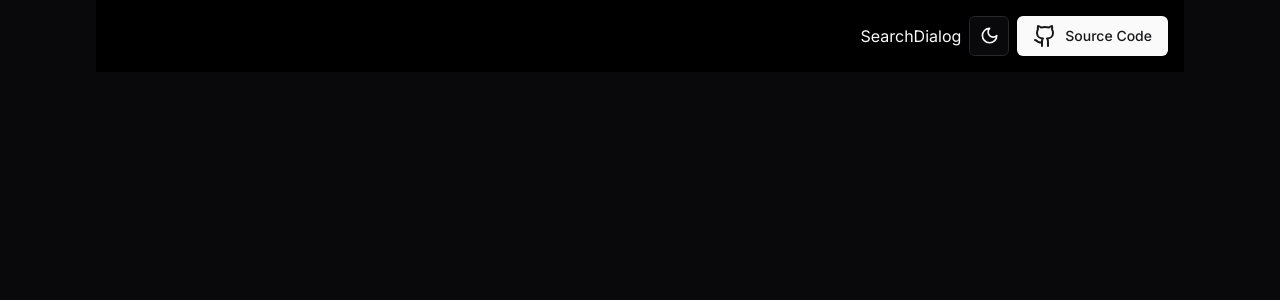
Repository: Young-Dev001/weather-app
Page: /
The author's editor kept a copy of each file at every save. The page is drawn from the files as they stood at one save, then again after the next save.
The browser window is 1280 px wide. The pictures show the whole page.
The project was rebuilt for these pictures with package versions that can differ from the ones it lists, and the page was loaded fresh each time. The framework's server and built-in components were replaced by stand-ins that run in the browser. Also part of the build but not shown: next.config.mjs.

Above is the page before, as saved 2024-06-09 12:08:13.

### app/layout.tsx
import type { Metadata } from "next";
import "./globals.css";
import { Inter as FontSans } from "next/font/google";
import { ThemeProvider } from "@/providers/theme-provider";

// Assign the font loader to a constant
const inter = FontSans({
  subsets: ["latin"],
  variable: "--font-sans",
});

export const metadata: Metadata = {
  title: "Weather App",
  description: "Generated by create next app",
};

export default function RootLayout({
  children,
}: Readonly<{
  children: React.ReactNode;
}>) {
  return (
    <html lang="en">
      <body className={inter.className}>
        <ThemeProvider
          attribute="class"
          defaultTheme="dark"
          enableSystem
          disableTransitionOnChange
        >
          {children}
        </ThemeProvider>
      </body>
    </html>
  );
}

### app/page.tsx
import Navbar from "@/components/Navbar";
import Image from "next/image";

export default function Home() {
  return (
    <main className="mx-[0rem] lg:mx-[2rem] xl:mx-[6rem] 2xl:mx-[16rem] m-auto">
        <Navbar />
    </main>
  );
}

### app/globals.css
@tailwind base;
  @tailwind components;
  @tailwind utilities;


  @layer base {
    :root {
      --background: 0 0% 100%;
      --foreground: 240 10% 3.9%;
      --card: 0 0% 100%;
      --card-foreground: 240 10% 3.9%;
      --popover: 0 0% 100%;
      --popover-foreground: 240 10% 3.9%;
      --primary: 240 5.9% 10%;
      --primary-foreground: 0 0% 98%;
      --secondary: 240 4.8% 95.9%;
      --secondary-foreground: 240 5.9% 10%;
      --muted: 240 4.8% 95.9%;
      --muted-foreground: 240 3.8% 46.1%;
      --accent: 240 4.8% 95.9%;
      --accent-foreground: 240 5.9% 10%;
      --destructive: 0 84.2% 60.2%;
      --destructive-foreground: 0 0% 98%;
      --border: 240 5.9% 90%;
      --input: 240 5.9% 90%;
      --ring: 240 5.9% 10%;
      --radius: 0.5rem;
    }

    .dark {
      --background: 240 10% 3.9%;
      --foreground: 0 0% 98%;
      --card: 240 10% 3.9%;
      --card-foreground: 0 0% 98%;
      --popover: 240 10% 3.9%;
      --popover-foreground: 0 0% 98%;
      --primary: 0 0% 98%;
      --primary-foreground: 240 5.9% 10%;
      --secondary: 240 3.7% 15.9%;
      --secondary-foreground: 0 0% 98%;
      --muted: 240 3.7% 15.9%;
      --muted-foreground: 240 5% 64.9%;
      --accent: 240 3.7% 15.9%;
      --accent-foreground: 0 0% 98%;
      --destructive: 0 62.8% 30.6%;
      --destructive-foreground: 0 0% 98%;
      --border: 240 3.7% 15.9%;
      --input: 240 3.7% 15.9%;
      --ring: 240 4.9% 83.9%;
    }
  }


  @layer base {
    * {
      @apply border-border;
    }
    body {
      @apply bg-background text-foreground;
    }
  }

### components/Navbar.tsx
"use client";

import React from 'react';
import { useRouter } from 'next/navigation';
import { github } from '@/app/utils/icons';
import { Button } from './ui/button';
import ThemeDropDown from './ThemeDropDown';
import SearchDialog from './SearchDialog';

function Navbar() {
  const router = useRouter();

  return (
    <div className="bg-white border-gray-200 dark:bg-black flex items-center justify-between p-4">
      <div className="left">
        {/* Add your left side content here if needed */}
      </div>
      <div className="search-container flex gap-2 ml-auto items-center">
        <SearchDialog />
        <div className="btn-group flex items-center gap-2">
        <ThemeDropDown />
        <Button
          type="button"
          className="source-code flex items-center gap-2"
          onClick={() => router.push("/github")}
        >
          {github} Source Code
        </Button>
        </div>
      </div>
    </div>
  );
}

export default Navbar;

### app/utils/icons.tsx
import { Github, Sun } from "lucide-react";





export const github = <Github />;
export const sun = <Sun />

### components/ui/button.tsx
import * as React from "react"
import { Slot } from "@radix-ui/react-slot"
import { cva, type VariantProps } from "class-variance-authority"

import { cn } from "@/lib/utils"

const buttonVariants = cva(
  "inline-flex items-center justify-center whitespace-nowrap rounded-md text-sm font-medium ring-offset-background transition-colors focus-visible:outline-none focus-visible:ring-2 focus-visible:ring-ring focus-visible:ring-offset-2 disabled:pointer-events-none disabled:opacity-50",
  {
    variants: {
      variant: {
        default: "bg-primary text-primary-foreground hover:bg-primary/90",
        destructive:
          "bg-destructive text-destructive-foreground hover:bg-destructive/90",
        outline:
          "border border-input bg-background hover:bg-accent hover:text-accent-foreground",
        secondary:
          "bg-secondary text-secondary-foreground hover:bg-secondary/80",
        ghost: "hover:bg-accent hover:text-accent-foreground",
        link: "text-primary underline-offset-4 hover:underline",
      },
      size: {
        default: "h-10 px-4 py-2",
        sm: "h-9 rounded-md px-3",
        lg: "h-11 rounded-md px-8",
        icon: "h-10 w-10",
      },
    },
    defaultVariants: {
      variant: "default",
      size: "default",
    },
  }
)

export interface ButtonProps
  extends React.ButtonHTMLAttributes<HTMLButtonElement>,
    VariantProps<typeof buttonVariants> {
  asChild?: boolean
}

const Button = React.forwardRef<HTMLButtonElement, ButtonProps>(
  ({ className, variant, size, asChild = false, ...props }, ref) => {
    const Comp = asChild ? Slot : "button"
    return (
      <Comp
        className={cn(buttonVariants({ variant, size, className }))}
        ref={ref}
        {...props}
      />
    )
  }
)
Button.displayName = "Button"

export { Button, buttonVariants }

### components/ThemeDropDown.tsx
"use client"

import * as React from "react"
import { Moon, Sun } from "lucide-react"
import { useTheme } from "next-themes"

import { Button } from "@/components/ui/button"
import {
  DropdownMenu,
  DropdownMenuContent,
  DropdownMenuItem,
  DropdownMenuTrigger,
} from "@/components/ui/dropdown-menu"


function ThemeDropDown() {
    const { setTheme } = useTheme()
  return (
    <DropdownMenu>
      <DropdownMenuTrigger asChild>
        <Button variant="outline" size="icon">
          <Sun className="h-[1.2rem] w-[1.2rem] rotate-0 scale-100 transition-all dark:-rotate-90 dark:scale-0" />
          <Moon className="absolute h-[1.2rem] w-[1.2rem] rotate-90 scale-0 transition-all dark:rotate-0 dark:scale-100" />
          <span className="sr-only">Toggle theme</span>
        </Button>
      </DropdownMenuTrigger>
      <DropdownMenuContent align="end">
        <DropdownMenuItem onClick={() => setTheme("light")}>
          Light
        </DropdownMenuItem>
        <DropdownMenuItem onClick={() => setTheme("dark")}>
          Dark
        </DropdownMenuItem>
        <DropdownMenuItem onClick={() => setTheme("system")}>
          System
        </DropdownMenuItem>
      </DropdownMenuContent>
    </DropdownMenu>
  )
}

export default ThemeDropDown

### components/SearchDialog.tsx
import React from 'react'

function SearchDialog() {
  return (
    <div>SearchDialog</div>
  )
}

export default SearchDialog

### components/ui/dropdown-menu.tsx
"use client"

import * as React from "react"
import * as DropdownMenuPrimitive from "@radix-ui/react-dropdown-menu"
import { Check, ChevronRight, Circle } from "lucide-react"

import { cn } from "@/lib/utils"

const DropdownMenu = DropdownMenuPrimitive.Root

const DropdownMenuTrigger = DropdownMenuPrimitive.Trigger

const DropdownMenuGroup = DropdownMenuPrimitive.Group

const DropdownMenuPortal = DropdownMenuPrimitive.Portal

const DropdownMenuSub = DropdownMenuPrimitive.Sub

const DropdownMenuRadioGroup = DropdownMenuPrimitive.RadioGroup

const DropdownMenuSubTrigger = React.forwardRef<
  React.ElementRef<typeof DropdownMenuPrimitive.SubTrigger>,
  React.ComponentPropsWithoutRef<typeof DropdownMenuPrimitive.SubTrigger> & {
    inset?: boolean
  }
>(({ className, inset, children, ...props }, ref) => (
  <DropdownMenuPrimitive.SubTrigger
    ref={ref}
    className={cn(
      "flex cursor-default select-none items-center rounded-sm px-2 py-1.5 text-sm outline-none focus:bg-accent data-[state=open]:bg-accent",
      inset && "pl-8",
      className
    )}
    {...props}
  >
    {children}
    <ChevronRight className="ml-auto h-4 w-4" />
  </DropdownMenuPrimitive.SubTrigger>
))
DropdownMenuSubTrigger.displayName =
  DropdownMenuPrimitive.SubTrigger.displayName

const DropdownMenuSubContent = React.forwardRef<
  React.ElementRef<typeof DropdownMenuPrimitive.SubContent>,
  React.ComponentPropsWithoutRef<typeof DropdownMenuPrimitive.SubContent>
>(({ className, ...props }, ref) => (
  <DropdownMenuPrimitive.SubContent
    ref={ref}
    className={cn(
      "z-50 min-w-[8rem] overflow-hidden rounded-md border bg-popover p-1 text-popover-foreground shadow-lg data-[state=open]:animate-in data-[state=closed]:animate-out data-[state=closed]:fade-out-0 data-[state=open]:fade-in-0 data-[state=closed]:zoom-out-95 data-[state=open]:zoom-in-95 data-[side=bottom]:slide-in-from-top-2 data-[side=left]:slide-in-from-right-2 data-[side=right]:slide-in-from-left-2 data-[side=top]:slide-in-from-bottom-2",
      className
    )}
    {...props}
  />
))
DropdownMenuSubContent.displayName =
  DropdownMenuPrimitive.SubContent.displayName

const DropdownMenuContent = React.forwardRef<
  React.ElementRef<typeof DropdownMenuPrimitive.Content>,
  React.ComponentPropsWithoutRef<typeof DropdownMenuPrimitive.Content>
>(({ className, sideOffset = 4, ...props }, ref) => (
  <DropdownMenuPrimitive.Portal>
    <DropdownMenuPrimitive.Content
      ref={ref}
      sideOffset={sideOffset}
      className={cn(
        "z-50 min-w-[8rem] overflow-hidden rounded-md border bg-popover p-1 text-popover-foreground shadow-md data-[state=open]:animate-in data-[state=closed]:animate-out data-[state=closed]:fade-out-0 data-[state=open]:fade-in-0 data-[state=closed]:zoom-out-95 data-[state=open]:zoom-in-95 data-[side=bottom]:slide-in-from-top-2 data-[side=left]:slide-in-from-right-2 data-[side=right]:slide-in-from-left-2 data-[side=top]:slide-in-from-bottom-2",
        className
      )}
      {...props}
    />
  </DropdownMenuPrimitive.Portal>
))
DropdownMenuContent.displayName = DropdownMenuPrimitive.Content.displayName

const DropdownMenuItem = React.forwardRef<
  React.ElementRef<typeof DropdownMenuPrimitive.Item>,
  React.ComponentPropsWithoutRef<typeof DropdownMenuPrimitive.Item> & {
    inset?: boolean
  }
>(({ className, inset, ...props }, ref) => (
  <DropdownMenuPrimitive.Item
    ref={ref}
    className={cn(
      "relative flex cursor-default select-none items-center rounded-sm px-2 py-1.5 text-sm outline-none transition-colors focus:bg-accent focus:text-accent-foreground data-[disabled]:pointer-events-none data-[disabled]:opacity-50",
      inset && "pl-8",
      className
    )}
    {...props}
  />
))
DropdownMenuItem.displayName = DropdownMenuPrimitive.Item.displayName

const DropdownMenuCheckboxItem = React.forwardRef<
  React.ElementRef<typeof DropdownMenuPrimitive.CheckboxItem>,
  React.ComponentPropsWithoutRef<typeof DropdownMenuPrimitive.CheckboxItem>
>(({ className, children, checked, ...props }, ref) => (
  <DropdownMenuPrimitive.CheckboxItem
    ref={ref}
    className={cn(
      "relative flex cursor-default select-none items-center rounded-sm py-1.5 pl-8 pr-2 text-sm outline-none transition-colors focus:bg-accent focus:text-accent-foreground data-[disabled]:pointer-events-none data-[disabled]:opacity-50",
      className
    )}
    checked={checked}
    {...props}
  >
    <span className="absolute left-2 flex h-3.5 w-3.5 items-center justify-center">
      <DropdownMenuPrimitive.ItemIndicator>
        <Check className="h-4 w-4" />
      </DropdownMenuPrimitive.ItemIndicator>
    </span>
    {children}
  </DropdownMenuPrimitive.CheckboxItem>
))
DropdownMenuCheckboxItem.displayName =
  DropdownMenuPrimitive.CheckboxItem.displayName

const DropdownMenuRadioItem = React.forwardRef<
  React.ElementRef<typeof DropdownMenuPrimitive.RadioItem>,
  React.ComponentPropsWithoutRef<typeof DropdownMenuPrimitive.RadioItem>
>(({ className, children, ...props }, ref) => (
  <DropdownMenuPrimitive.RadioItem
    ref={ref}
    className={cn(
      "relative flex cursor-default select-none items-center rounded-sm py-1.5 pl-8 pr-2 text-sm outline-none transition-colors focus:bg-accent focus:text-accent-foreground data-[disabled]:pointer-events-none data-[disabled]:opacity-50",
      className
    )}
    {...props}
  >
    <span className="absolute left-2 flex h-3.5 w-3.5 items-center justify-center">
      <DropdownMenuPrimitive.ItemIndicator>
        <Circle className="h-2 w-2 fill-current" />
      </DropdownMenuPrimitive.ItemIndicator>
    </span>
    {children}
  </DropdownMenuPrimitive.RadioItem>
))
DropdownMenuRadioItem.displayName = DropdownMenuPrimitive.RadioItem.displayName

const DropdownMenuLabel = React.forwardRef<
  React.ElementRef<typeof DropdownMenuPrimitive.Label>,
  React.ComponentPropsWithoutRef<typeof DropdownMenuPrimitive.Label> & {
    inset?: boolean
  }
>(({ className, inset, ...props }, ref) => (
  <DropdownMenuPrimitive.Label
    ref={ref}
    className={cn(
      "px-2 py-1.5 text-sm font-semibold",
      inset && "pl-8",
      className
    )}
    {...props}
  />
))
DropdownMenuLabel.displayName = DropdownMenuPrimitive.Label.displayName

const DropdownMenuSeparator = React.forwardRef<
  React.ElementRef<typeof DropdownMenuPrimitive.Separator>,
  React.ComponentPropsWithoutRef<typeof DropdownMenuPrimitive.Separator>
>(({ className, ...props }, ref) => (
  <DropdownMenuPrimitive.Separator
    ref={ref}
    className={cn("-mx-1 my-1 h-px bg-muted", className)}
    {...props}
  />
))
DropdownMenuSeparator.displayName = DropdownMenuPrimitive.Separator.displayName

const DropdownMenuShortcut = ({
  className,
  ...props
}: React.HTMLAttributes<HTMLSpanElement>) => {
  return (
    <span
      className={cn("ml-auto text-xs tracking-widest opacity-60", className)}
      {...props}
    />
  )
}
DropdownMenuShortcut.displayName = "DropdownMenuShortcut"

export {
  DropdownMenu,
  DropdownMenuTrigger,
  DropdownMenuContent,
  DropdownMenuItem,
  DropdownMenuCheckboxItem,
  DropdownMenuRadioItem,
  DropdownMenuLabel,
  DropdownMenuSeparator,
  DropdownMenuShortcut,
  DropdownMenuGroup,
  DropdownMenuPortal,
  DropdownMenuSub,
  DropdownMenuSubContent,
  DropdownMenuSubTrigger,
  DropdownMenuRadioGroup,
}

### tailwind.config.ts
/**
 * @type {import('@types/tailwindcss/tailwind-config').TailwindConfig}
 */

import type { Config } from "tailwindcss"
const { fontFamily } = require("tailwindcss/defaultTheme")

const config = {
  darkMode: ["class"],
  content: [
    './pages/**/*.{ts,tsx}',
    './components/**/*.{ts,tsx}',
    './app/**/*.{ts,tsx}',
    './src/**/*.{ts,tsx}',
    "./public/**/*.html",
	],
  prefix: "",
  plugins: [
    require("flowbite/plugin")
  ],
  theme: {
    container: {
      center: true,
      padding: "2rem",
      screens: {
        "2xl": "1400px",
      },
    },
    extend: {
      fontFamily: {
        sans: ["var(--font-sans)", ...fontFamily.sans],
      },
      colors: {
        border: "hsl(var(--border))",
        input: "hsl(var(--input))",
        ring: "hsl(var(--ring))",
        background: "hsl(var(--background))",
        foreground: "hsl(var(--foreground))",
        primary: {
          DEFAULT: "hsl(var(--primary))",
          foreground: "hsl(var(--primary-foreground))",
        },
        secondary: {
          DEFAULT: "hsl(var(--secondary))",
          foreground: "hsl(var(--secondary-foreground))",
        },
        destructive: {
          DEFAULT: "hsl(var(--destructive))",
          foreground: "hsl(var(--destructive-foreground))",
        },
        muted: {
          DEFAULT: "hsl(var(--muted))",
          foreground: "hsl(var(--muted-foreground))",
        },
        accent: {
          DEFAULT: "hsl(var(--accent))",
          foreground: "hsl(var(--accent-foreground))",
        },
        popover: {
          DEFAULT: "hsl(var(--popover))",
          foreground: "hsl(var(--popover-foreground))",
        },
        card: {
          DEFAULT: "hsl(var(--card))",
          foreground: "hsl(var(--card-foreground))",
        },
      },
      borderRadius: {
        lg: "var(--radius)",
        md: "calc(var(--radius) - 2px)",
        sm: "calc(var(--radius) - 4px)",
      },
      keyframes: {
        "accordion-down": {
          from: { height: "0" },
          to: { height: "var(--radix-accordion-content-height)" },
        },
        "accordion-up": {
          from: { height: "var(--radix-accordion-content-height)" },
          to: { height: "0" },
        },
      },
      animation: {
        "accordion-down": "accordion-down 0.2s ease-out",
        "accordion-up": "accordion-up 0.2s ease-out",
      },
    },
  },
  plugins: [require("tailwindcss-animate")],
} satisfies Config

export default config

### components/ui/dialog.tsx
"use client"

import * as React from "react"
import * as DialogPrimitive from "@radix-ui/react-dialog"
import { X } from "lucide-react"

import { cn } from "@/lib/utils"

const Dialog = DialogPrimitive.Root

const DialogTrigger = DialogPrimitive.Trigger

const DialogPortal = DialogPrimitive.Portal

const DialogClose = DialogPrimitive.Close

const DialogOverlay = React.forwardRef<
  React.ElementRef<typeof DialogPrimitive.Overlay>,
  React.ComponentPropsWithoutRef<typeof DialogPrimitive.Overlay>
>(({ className, ...props }, ref) => (
  <DialogPrimitive.Overlay
    ref={ref}
    className={cn(
      "fixed inset-0 z-50 bg-black/80  data-[state=open]:animate-in data-[state=closed]:animate-out data-[state=closed]:fade-out-0 data-[state=open]:fade-in-0",
      className
    )}
    {...props}
  />
))
DialogOverlay.displayName = DialogPrimitive.Overlay.displayName

const DialogContent = React.forwardRef<
  React.ElementRef<typeof DialogPrimitive.Content>,
  React.ComponentPropsWithoutRef<typeof DialogPrimitive.Content>
>(({ className, children, ...props }, ref) => (
  <DialogPortal>
    <DialogOverlay />
    <DialogPrimitive.Content
      ref={ref}
      className={cn(
        "fixed left-[50%] top-[50%] z-50 grid w-full max-w-lg translate-x-[-50%] translate-y-[-50%] gap-4 border bg-background p-6 shadow-lg duration-200 data-[state=open]:animate-in data-[state=closed]:animate-out data-[state=closed]:fade-out-0 data-[state=open]:fade-in-0 data-[state=closed]:zoom-out-95 data-[state=open]:zoom-in-95 data-[state=closed]:slide-out-to-left-1/2 data-[state=closed]:slide-out-to-top-[48%] data-[state=open]:slide-in-from-left-1/2 data-[state=open]:slide-in-from-top-[48%] sm:rounded-lg",
        className
      )}
      {...props}
    >
      {children}
      <DialogPrimitive.Close className="absolute right-4 top-4 rounded-sm opacity-70 ring-offset-background transition-opacity hover:opacity-100 focus:outline-none focus:ring-2 focus:ring-ring focus:ring-offset-2 disabled:pointer-events-none data-[state=open]:bg-accent data-[state=open]:text-muted-foreground">
        <X className="h-4 w-4" />
        <span className="sr-only">Close</span>
      </DialogPrimitive.Close>
    </DialogPrimitive.Content>
  </DialogPortal>
))
DialogContent.displayName = DialogPrimitive.Content.displayName

const DialogHeader = ({
  className,
  ...props
}: React.HTMLAttributes<HTMLDivElement>) => (
  <div
    className={cn(
      "flex flex-col space-y-1.5 text-center sm:text-left",
      className
    )}
    {...props}
  />
)
DialogHeader.displayName = "DialogHeader"

const DialogFooter = ({
  className,
  ...props
}: React.HTMLAttributes<HTMLDivElement>) => (
  <div
    className={cn(
      "flex flex-col-reverse sm:flex-row sm:justify-end sm:space-x-2",
      className
    )}
    {...props}
  />
)
DialogFooter.displayName = "DialogFooter"

const DialogTitle = React.forwardRef<
  React.ElementRef<typeof DialogPrimitive.Title>,
  React.ComponentPropsWithoutRef<typeof DialogPrimitive.Title>
>(({ className, ...props }, ref) => (
  <DialogPrimitive.Title
    ref={ref}
    className={cn(
      "text-lg font-semibold leading-none tracking-tight",
      className
    )}
    {...props}
  />
))
DialogTitle.displayName = DialogPrimitive.Title.displayName

const DialogDescription = React.forwardRef<
  React.ElementRef<typeof DialogPrimitive.Description>,
  React.ComponentPropsWithoutRef<typeof DialogPrimitive.Description>
>(({ className, ...props }, ref) => (
  <DialogPrimitive.Description
    ref={ref}
    className={cn("text-sm text-muted-foreground", className)}
    {...props}
  />
))
DialogDescription.displayName = DialogPrimitive.Description.displayName

export {
  Dialog,
  DialogPortal,
  DialogOverlay,
  DialogClose,
  DialogTrigger,
  DialogContent,
  DialogHeader,
  DialogFooter,
  DialogTitle,
  DialogDescription,
}

Loaded but not shown: providers/theme-provider.tsx (common file); lib/utils.ts (common file)

After the next save:
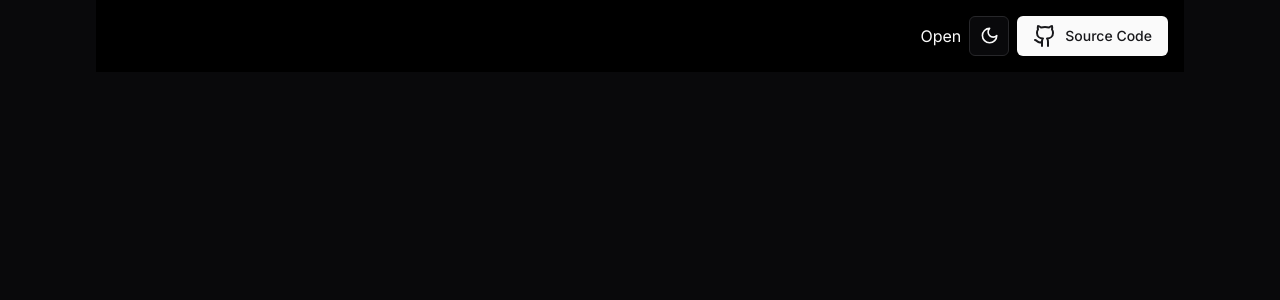
Saved 114 s later.
--- a/components/SearchDialog.tsx
+++ b/components/SearchDialog.tsx
@@ -1,8 +1,29 @@
-import React from 'react'
+import {
+    Dialog,
+    DialogContent,
+    DialogDescription,
+    DialogHeader,
+    DialogTitle,
+    DialogTrigger,
+  } from "@/components/ui/dialog"
+
+
 
 function SearchDialog() {
   return (
-    <div>SearchDialog</div>
+    <Dialog>
+  <DialogTrigger>Open</DialogTrigger>
+  <DialogContent>
+    <DialogHeader>
+      <DialogTitle>Are you absolutely sure?</DialogTitle>
+      <DialogDescription>
+        This action cannot be undone. This will permanently delete your account
+        and remove your data from our servers.
+      </DialogDescription>
+    </DialogHeader>
+  </DialogContent>
+</Dialog>
+
   )
 }
 
